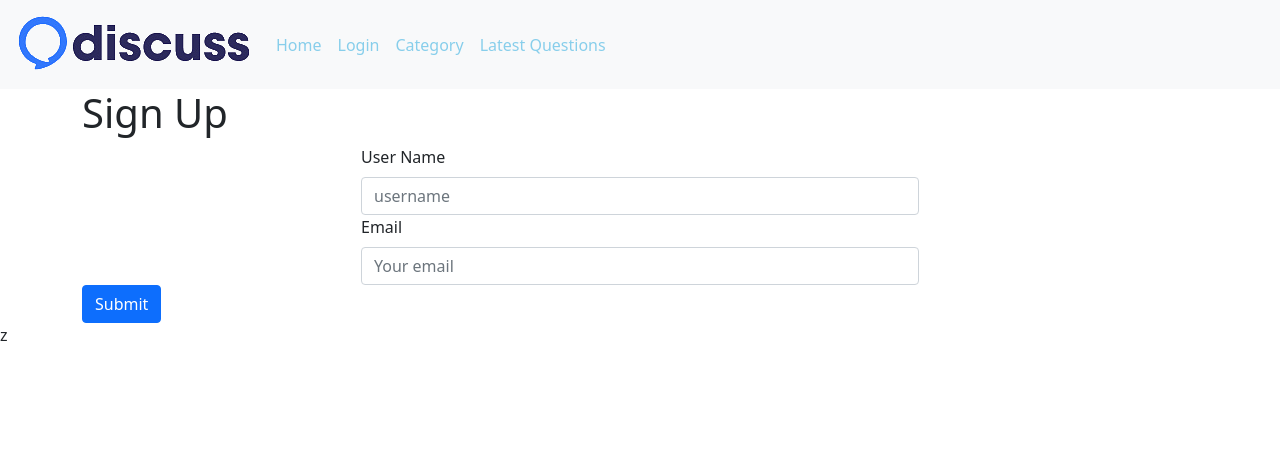
Repository: zeeShanizeeshan/php-project
Page: http://localhost/?signup=true
The author's editor kept a copy of each file at every save. The page is drawn from the files as they stood at one save, then again after the next save.
The browser window is 1280 px wide. The pictures show the whole page.
The page is run by PHP 8.4 with error messages shown; the project is at /var/www/html/.

Above is the page before, as saved 2025-12-02 16:37:15.

### index.php
<!DOCTYPE html>
<html lang="en">

<head>
    <meta charset="UTF-8">
    <title>Discuss Project</title>
    <?php include('./client/commonFiles.php') ?>
</head>

<body>
    <?php
    include('./client/header.php');
    include('./client/signup.php');
    ?>
</body>

</html>

### client/commonFiles.php
<link href="https://cdn.jsdelivr.net/npm/bootstrap@5.0.2/dist/css/bootstrap.min.css" rel="stylesheet" integrity="sha384-EVSTQN3/azprG1Anm3QDgpJLIm9Nao0Yz1ztcQTwFspd3yD65VohhpuuCOmLASjC" crossorigin="anonymous">
<script src="https://cdn.jsdelivr.net/npm/bootstrap@5.0.2/dist/js/bootstrap.bundle.min.js" integrity="sha384-MrcW6ZMFYlzcLA8Nl+NtUVF0sA7MsXsP1UyJoMp4YLEuNSfAP+JcXn/tWtIaxVXM" crossorigin="anonymous"></script>
<link rel="stylesheet" href="./public/style.css">
</link>

### client/header.php
<nav class="navbar navbar-expand-lg navbar-light bg-light">
    <div class="container-fluid">
        <a class="navbar-brand" href="#">
            <img src="./public/discusslogo.png" alt="">
        </a>
        <div class="collapse navbar-collapse" id="navbarNav">
            <ul class="navbar-nav">
                <li class="nav-item">
                    <a class="nav-link active" aria-current="page" href="#">Home</a>
                </li>
                <li class="nav-item">
                    <a class="nav-link" href="#">Login</a>
                </li>
                <li class="nav-item">
                    <a class="nav-link" href="#">Category</a>
                </li>
                <li class="nav-item">
                    <a class="nav-link" href="#">Latest Questions</a>
                </li>
            </ul>
        </div>
    </div>
</nav>

### client/signup.php
<div class="container">
    <h1>Sign Up</h1>
    <form>

        <div class="col-6 offset-sm-3">
            <label for="username" class="form-label">User Name</label>
            <input type="text" class="form-control" id="username" placeholder="username">
        </div>

        <div class="col-6 offset-sm-3">
            <label for="email" class="form-label">Email</label>
            <input type="text" class="form-control" id="email" placeholder="Your email">
        </div>

        <button type="submit" class="btn btn-primary">Submit</button>
    </form>
</div>z

### public/style.css
a{
    color: skyblue !important;
}

After the next save:
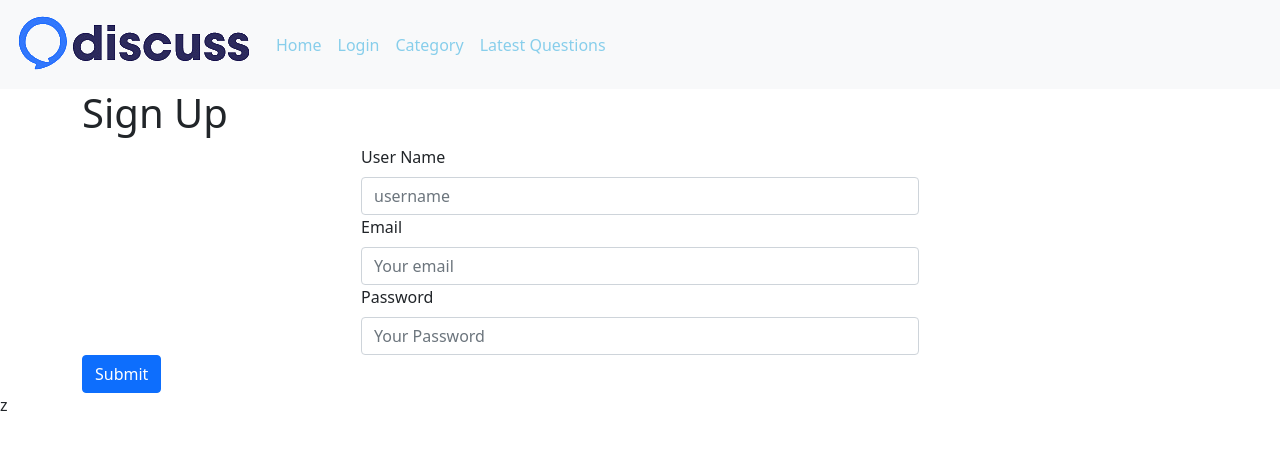
Saved 73 s later.
--- a/client/signup.php
+++ b/client/signup.php
@@ -12,6 +12,11 @@
             <input type="text" class="form-control" id="email" placeholder="Your email">
         </div>
 
+        <div class="col-6 offset-sm-3">
+            <label for="Password" class="form-label">Password</label>
+            <input type="Password" class="form-control" id="Password" placeholder="Your Password">
+        </div>
+
         <button type="submit" class="btn btn-primary">Submit</button>
     </form>
 </div>z
